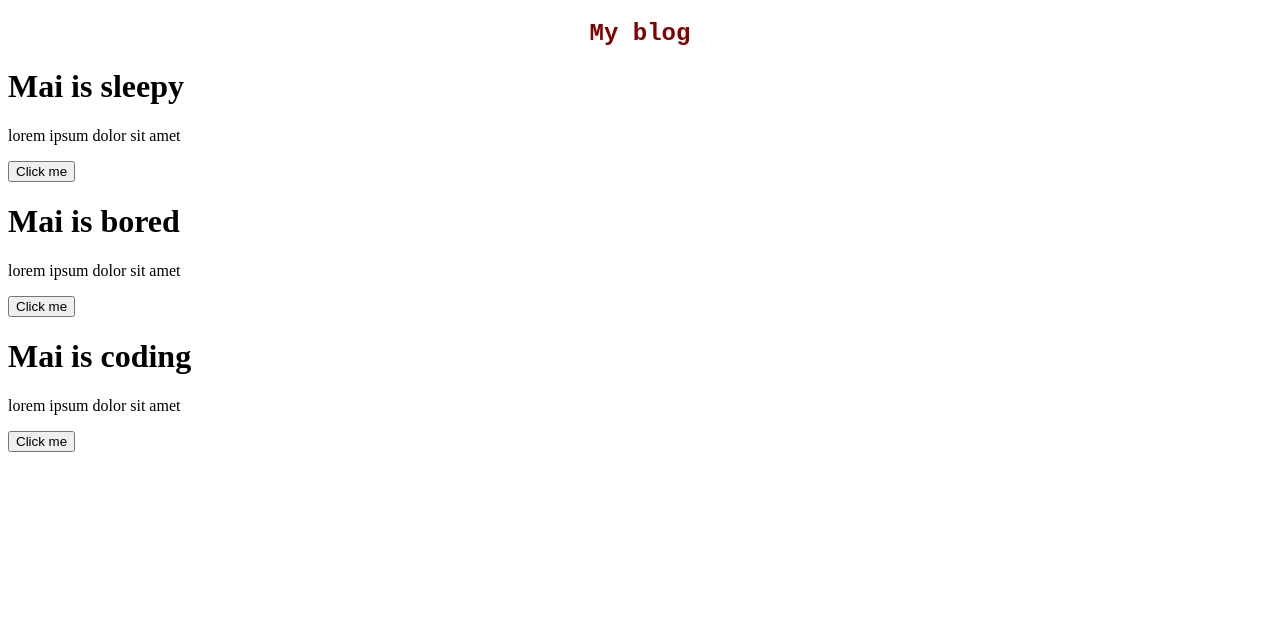
Repository: MaiCrespo/BlogEntry
Page: /
These files come from the project's save history. The page is drawn as it stood at one moment and after the next save; the edit follows.
The browser window is 1280 px wide. The pictures show the whole page.
The project was rebuilt for these pictures with package versions that can differ from the ones it lists, and the page was loaded fresh each time. Also part of the build but not shown: vite.config.js.

Above is the page before, as saved 2025-09-10 14:05:12.

### index.html
<!DOCTYPE html>
<html lang="en">
  <head>
    <meta charset="UTF-8" />
    <link rel="icon" type="image/png+xml" href="/FaviconWilbur.png" />
    <meta name="viewport" content="width=device-width, initial-scale=1.0" />
    <title>Mai yahoo</title>
  </head>
  <body>
    <div id="root"></div>
    <script type="module" src="/src/main.jsx"></script>
  </body>
</html>

### src/index.css
h2 {
  color: maroon;
  text-align: center;
  font-family: "Courier New", Courier, monospace;
}

### src/App.jsx
import BlogEntry from "./BlogEntry.jsx";
function App() {
  return (
    <div>
      <h2>My blog</h2>
      <BlogEntry title="Mai is sleepy" summary="lorem ipsum dolor sit amet" />
      <BlogEntry title="Mai is bored" summary="lorem ipsum dolor sit amet" />
      <BlogEntry title="Mai is coding" summary="lorem ipsum dolor sit amet" />
    </div>
  );
}

export default App;

### src/BlogEntry.jsx
function BlogEntry(props) {
  const buttonLabel = "Click me";
  return (
    <div className="entry">
      <h1>{props.title}</h1>
      <p>{props.summary}</p>
      <button>{buttonLabel}</button>
    </div>
  );
}
export default BlogEntry;

Loaded but not shown: src/main.jsx (common file)

After the next save:
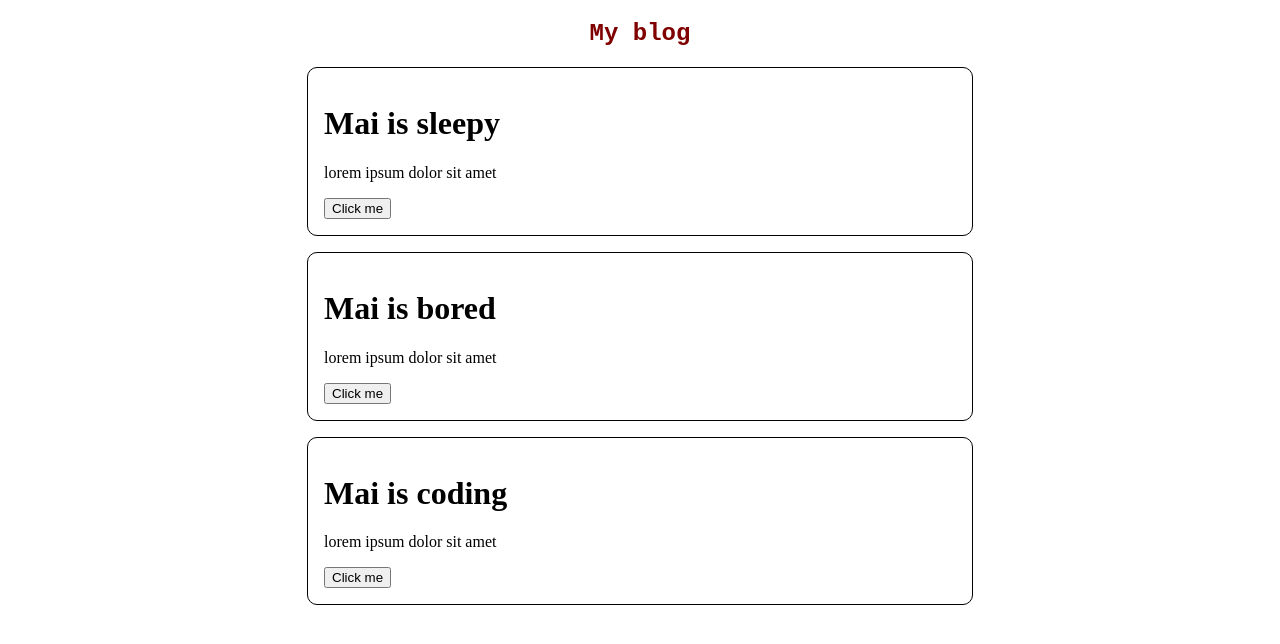
Saved 22 s later.
--- a/src/index.css
+++ b/src/index.css
@@ -3,3 +3,10 @@ h2 {
   text-align: center;
   font-family: "Courier New", Courier, monospace;
 }
+.entry {
+  margin: 1em auto;
+  width: 50%;
+  border: 1px solid black;
+  border-radius: 10px;
+  padding: 1em;
+}
